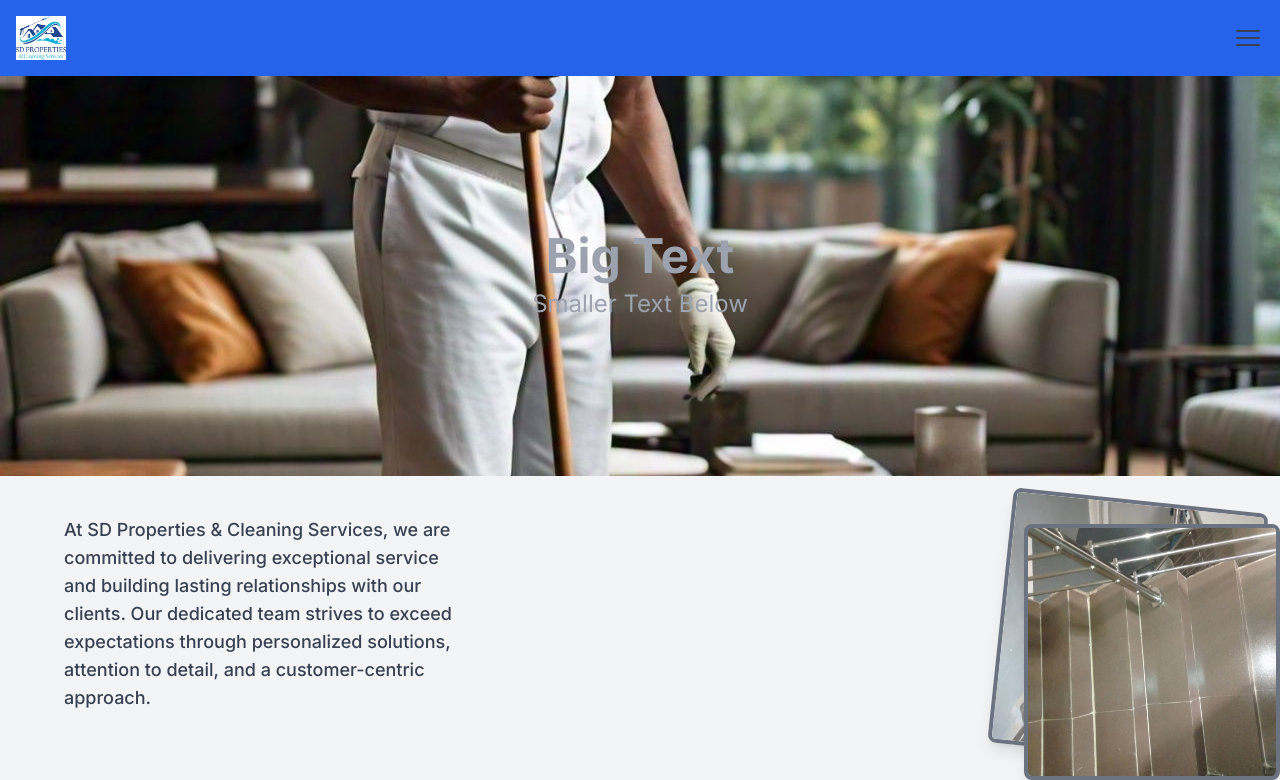
Repository: devmskhan/sdpropandclean
Page: /
These files come from the project's save history. The page is drawn as it stood at one moment and after a run of saves; the edit follows.
The browser window is 1280 px wide. The pictures show the whole page.
The project was rebuilt for these pictures with package versions that can differ from the ones it lists, and the page was loaded fresh each time. The framework's server and built-in components were replaced by stand-ins that run in the browser. Also part of the build but not shown: next.config.mjs.

Above is the page before, as saved 2024-09-03 12:16:36.

After the next 3 saves:
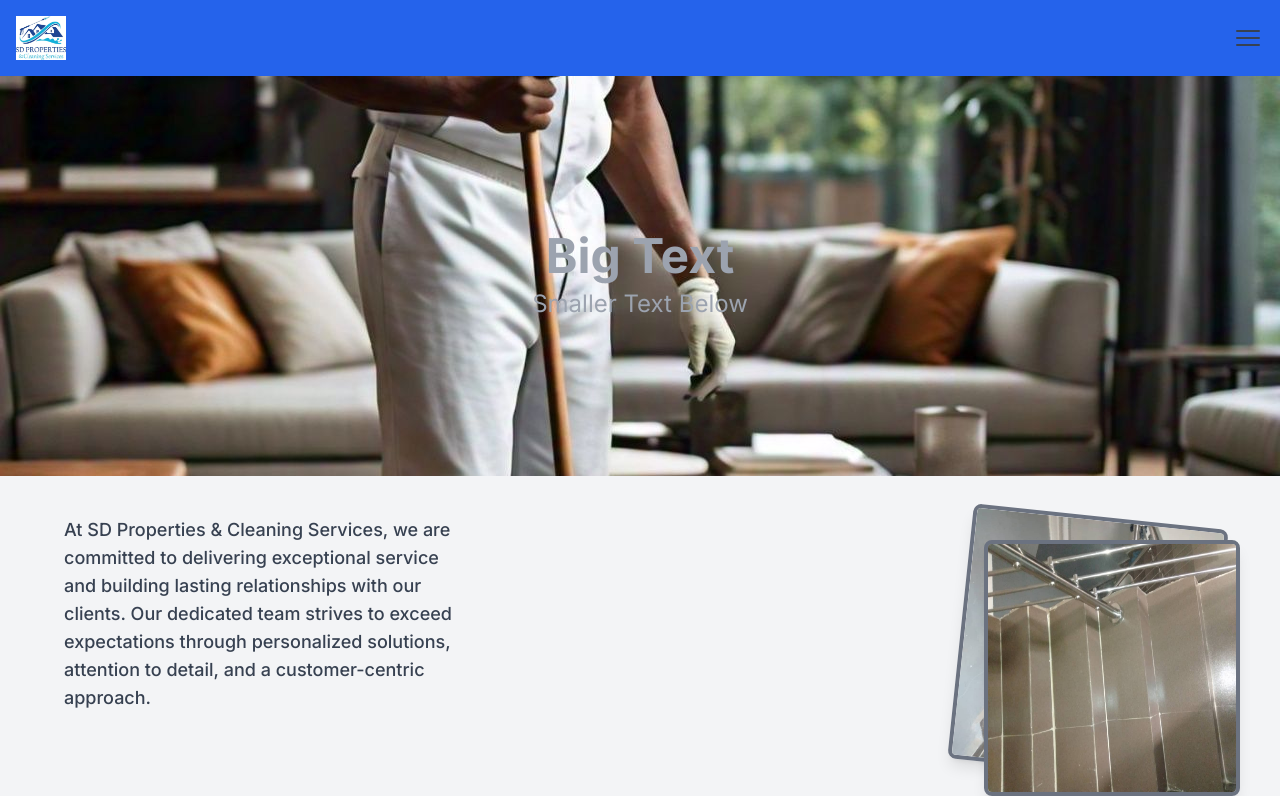
The 3 saves are shown as one change because they came seconds apart.
The last was saved 8 s later.
--- a/components/Body.tsx
+++ b/components/Body.tsx
@@ -28,7 +28,7 @@ function Body() {
       At SD Properties & Cleaning Services, we are committed to delivering exceptional service and building lasting relationships with our clients. Our dedicated team strives to exceed expectations through personalized solutions, attention to detail, and a customer-centric approach.
     </p>
   </div>
-  <div className="relative mt-">
+  <div className="relative mt-4 mr-10">
     <img
       src="stairsb.jpg"
       alt="Top Image"
